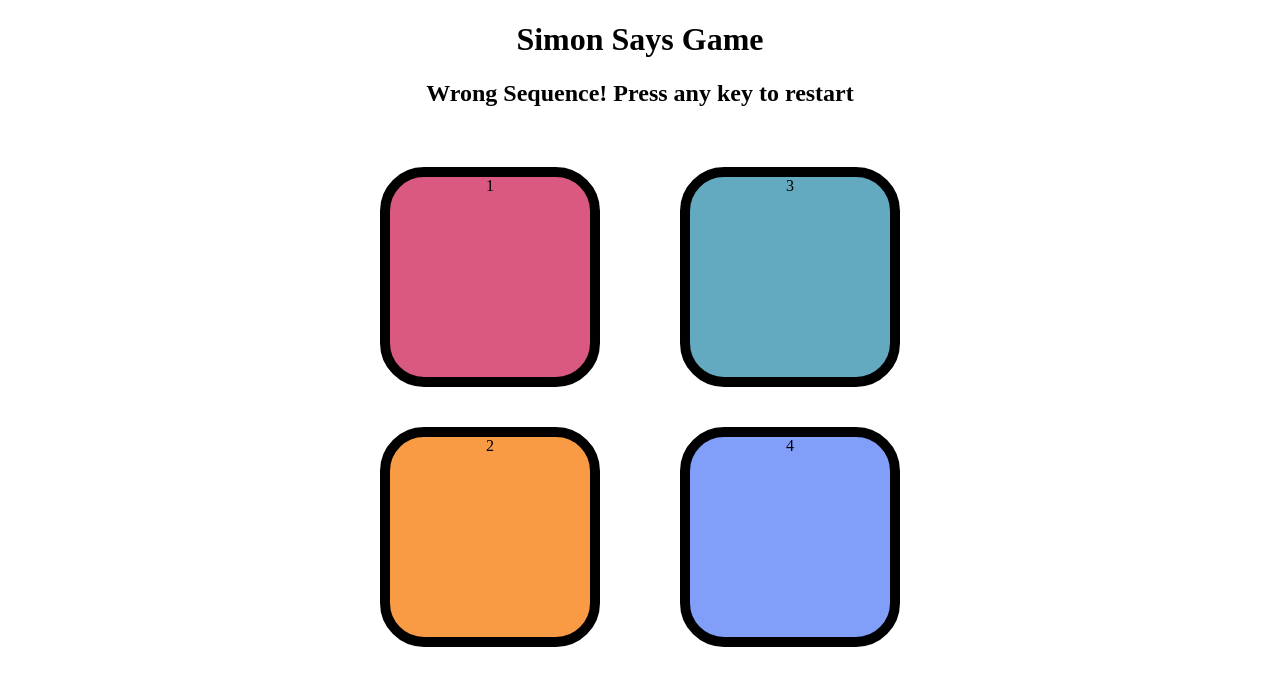
Repository: Manish-tomar-aligarh/Simon-Says-Game
Page: index.html
An editor plug-in stored every save of this project. The page is shown before and after the next save, followed by the edit.
The browser window is 1280 px wide. The pictures show the whole page.
After loading, the first visible `#red` was clicked once.

Above is the page before, as saved 2025-05-26 08:21:35.

After the next save:
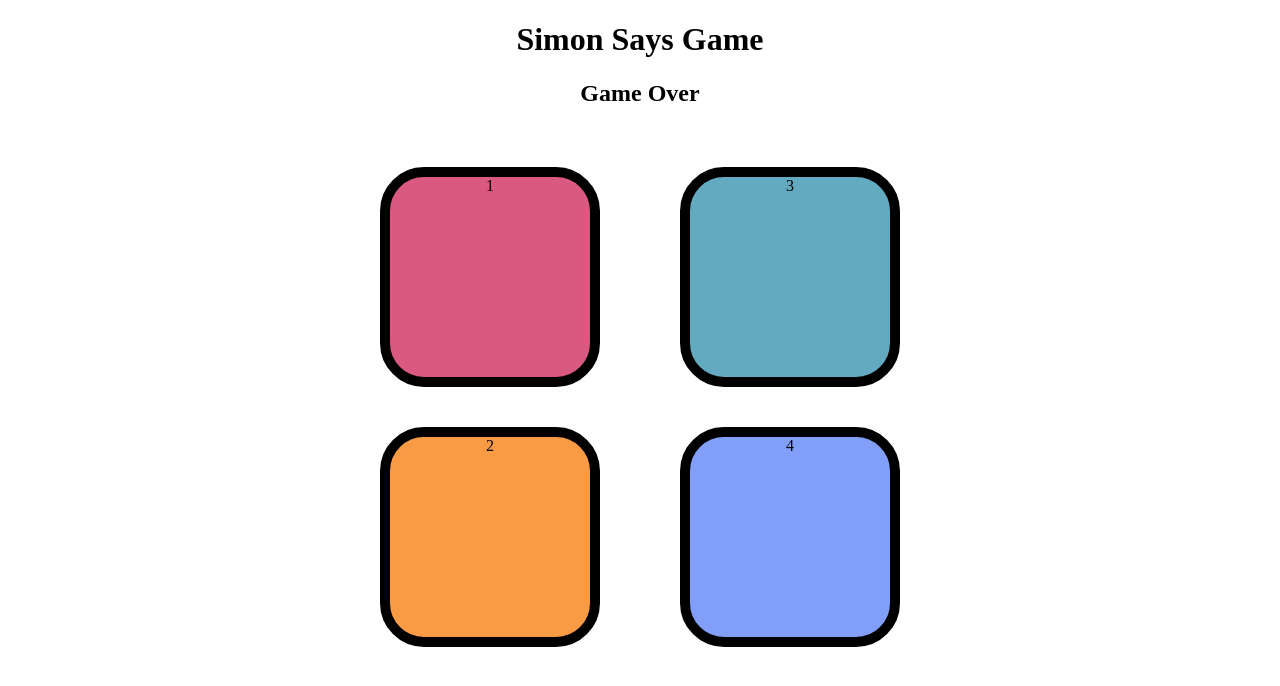
Saved 9 s later.
--- a/app.js
+++ b/app.js
@@ -53,7 +53,7 @@ function checkAns(idx){
             setTimeout(levelUp,1000);
         }
     }else{
-        h2.innerHTML ="Wrong Sequence! Press any key to restart";
+        h2.innerHTML ="Game Over";
         reset();
 
     }
